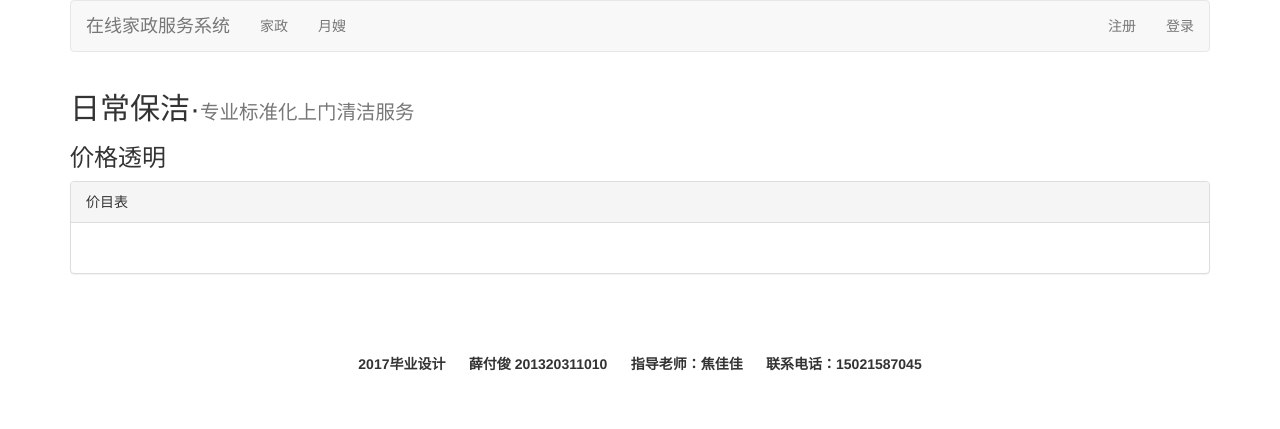
Repository: ELeonCXFJ/MyEclipseWS
Page: http://localhost/MyWeb/jsps/product/keeper/dailywork.jsp
An editor plug-in stored every save of this project. The page is shown before and after the next save, followed by the edit.
The browser window is 1280 px wide. The pictures show the whole page.
The page is served by Tomcat 9. Nobody is signed in. The application's start-up code is not run.

Above is the page before, as saved 2017-03-21 05:00:18.

After the next save:
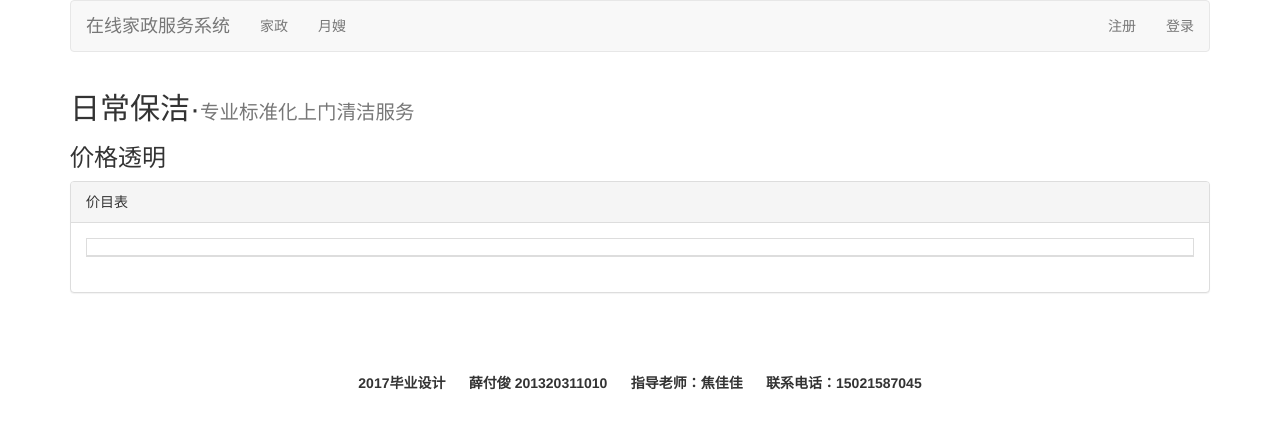
Saved 8 s later.
--- a/MyWeb/WebRoot/jsps/product/keeper/dailywork.jsp
+++ b/MyWeb/WebRoot/jsps/product/keeper/dailywork.jsp
@@ -27,7 +27,9 @@
 				<div class="panel-body">
 					<table class="table table-bordered">
 						<thead>
-							<tr></tr>
+							<tr>
+								<th>
+							</tr>
 						</thead>
 					</table>
 				</div>
